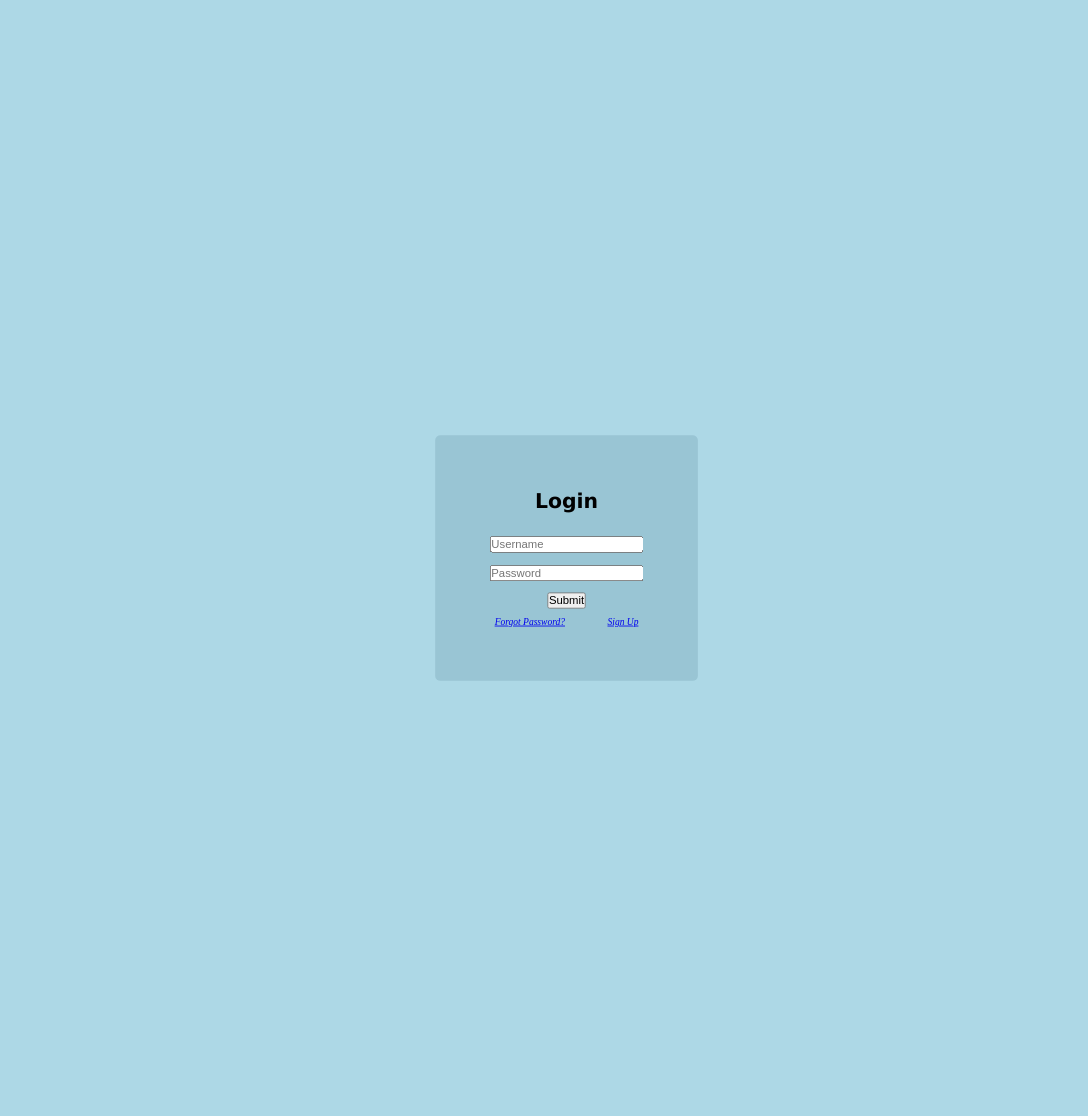
Repository: busra-kayaa/LoginPage
Page: login.html
An editor plug-in stored every save of this project. The page is shown before and after the next save, followed by the edit.
The browser window is 1280 px wide. The pictures show the whole page, at 85% of full size.

Above is the page before, as saved 2023-12-29 10:36:39.

After the next save:
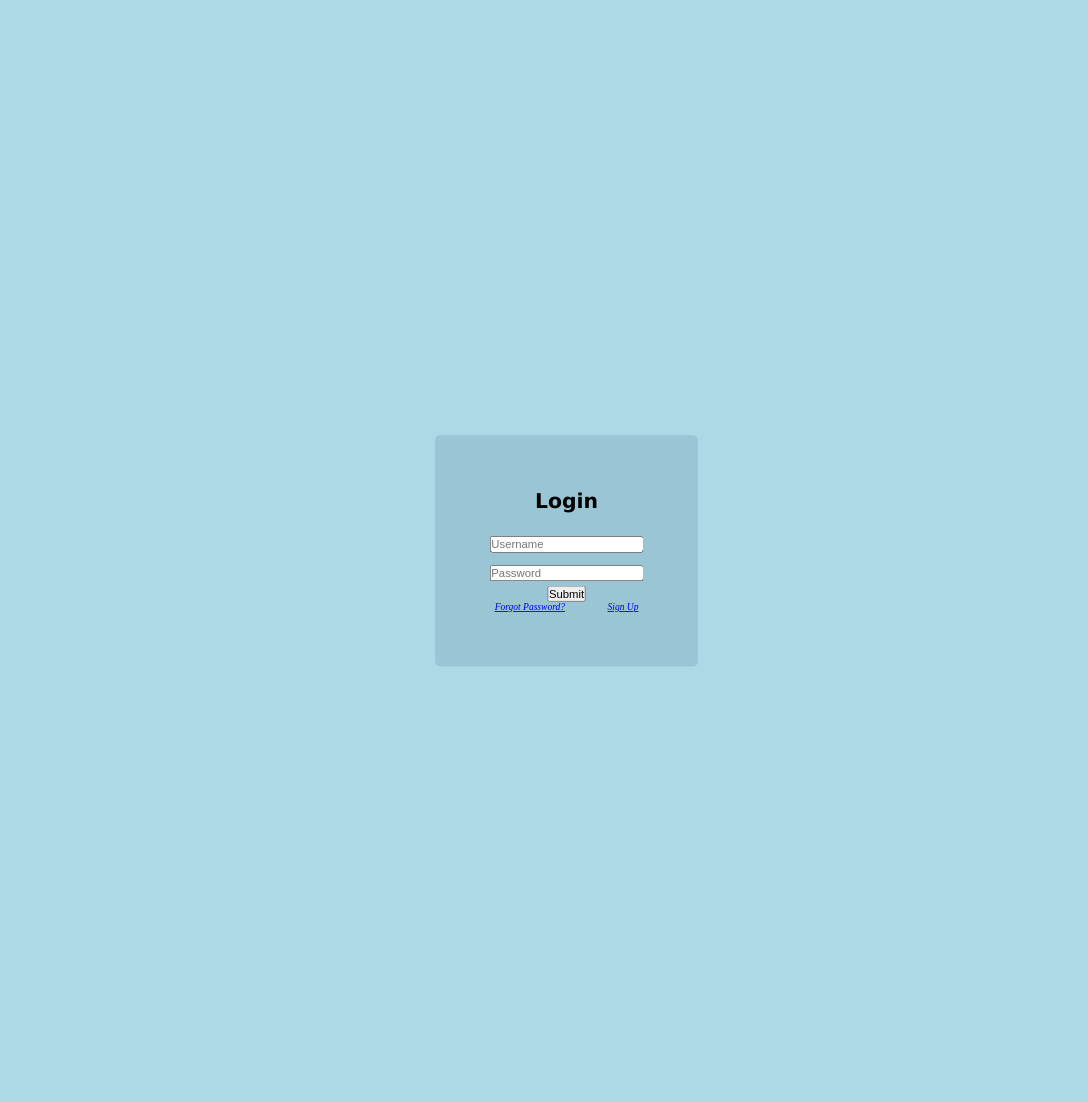
Saved 18 s later.
--- a/style.css
+++ b/style.css
@@ -40,12 +40,6 @@ body {
 
 }
 
-.button-group {
-    display: flex;
-    justify-content: center;
-    margin: 5%;
-    color: azure;
-}
 .subgroup {
 }
 .footer {

After the save that followed:
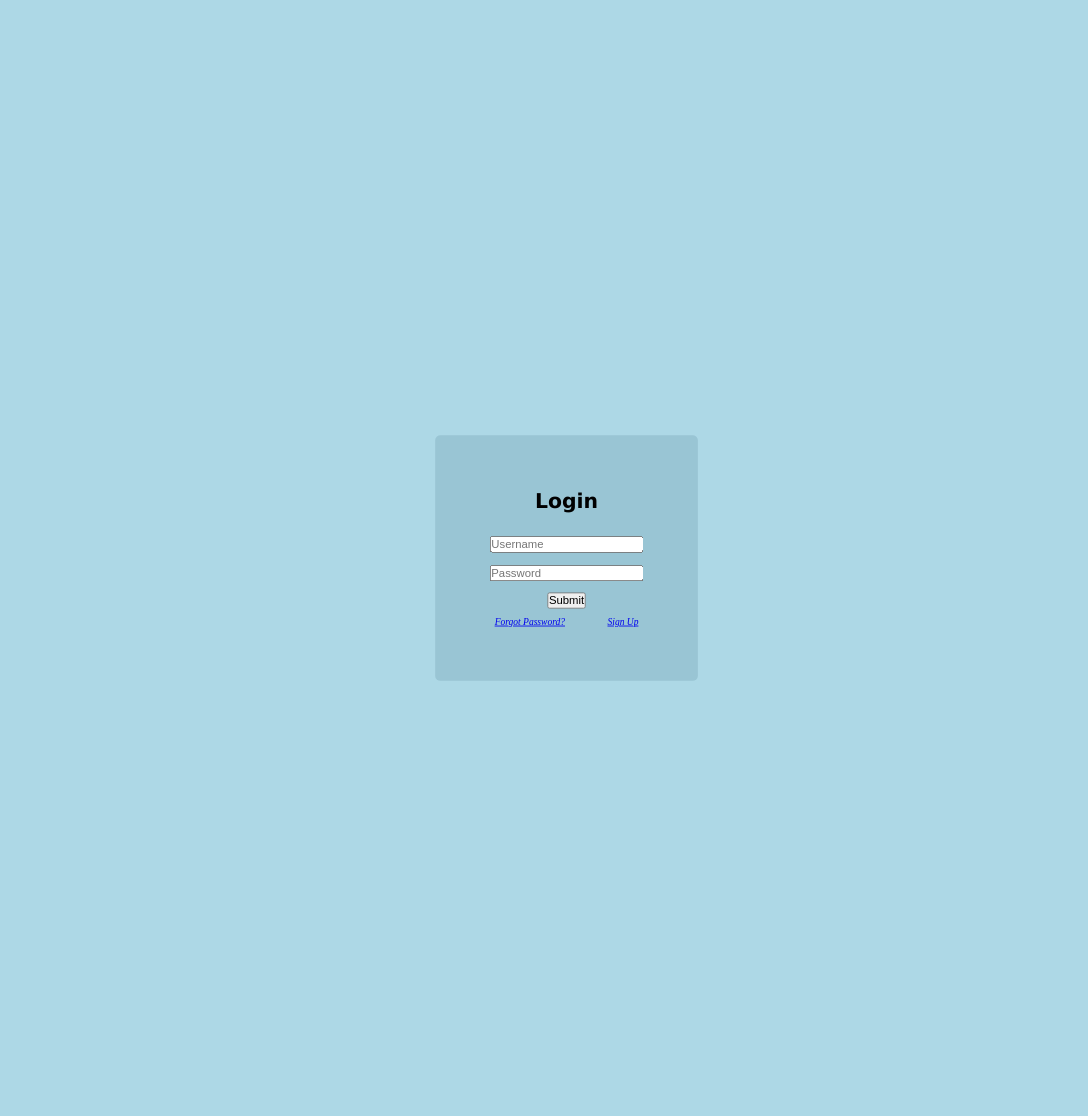
Saved 20 s later.
--- a/style.css
+++ b/style.css
@@ -40,6 +40,12 @@ body {
 
 }
 
+.button-group {
+    display: flex;
+    justify-content: center;
+    margin: 5%;
+    color: azure;
+}
 .subgroup {
 }
 .footer {
